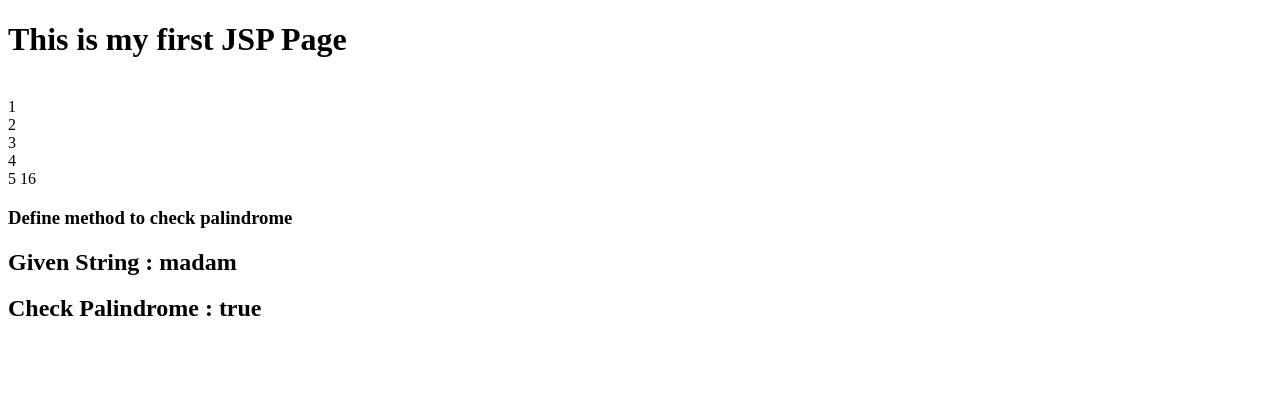
Repository: roshanpatil37407/Full_Stack_Java
Page: http://localhost/jsp/
These files come from the project's save history. The page is drawn as it stood at one moment and after the next save; the edit follows.
The browser window is 1280 px wide. The pictures show the whole page.
The page is served by Tomcat 9.

Above is the page before, as saved 2025-10-01 07:17:54.

### jsp/src/main/webapp/index.jsp
<%@ page language="java" contentType="text/html; charset=ISO-8859-1" pageEncoding="ISO-8859-1"%>
<!DOCTYPE html>
<html>
<head>
    <meta charset="ISO-8859-1">
    <title>My First JSP Page</title>
</head>
<body>

<h1>This is my first JSP Page</h1>

<%-- Scriptlet tag --%>
<%
    int i = 1;
    while (i <= 5) {
        out.print("<br>" + i);
        i++;
    }
%>

<%-- Declaration tag --%>
<%!
    int n = 5;
    public int sq(int n) {
        return n * n;
    }
%>

<%= sq(4) %>

<%
    String str = "madam";
%>

<h3>Define method to check palindrome</h3>

<%!
    public boolean isPalindrome(String str) {
        StringBuilder rev = new StringBuilder();
        for (int i = str.length() - 1; i >= 0; i--) {
            rev.append(str.charAt(i));
        }
        return str.equals(rev.toString());
    }
%>

<h2>Given String : <%= str %></h2>
<h2>Check Palindrome : <%= isPalindrome(str) %></h2>

</body>
</html>

After the next save:
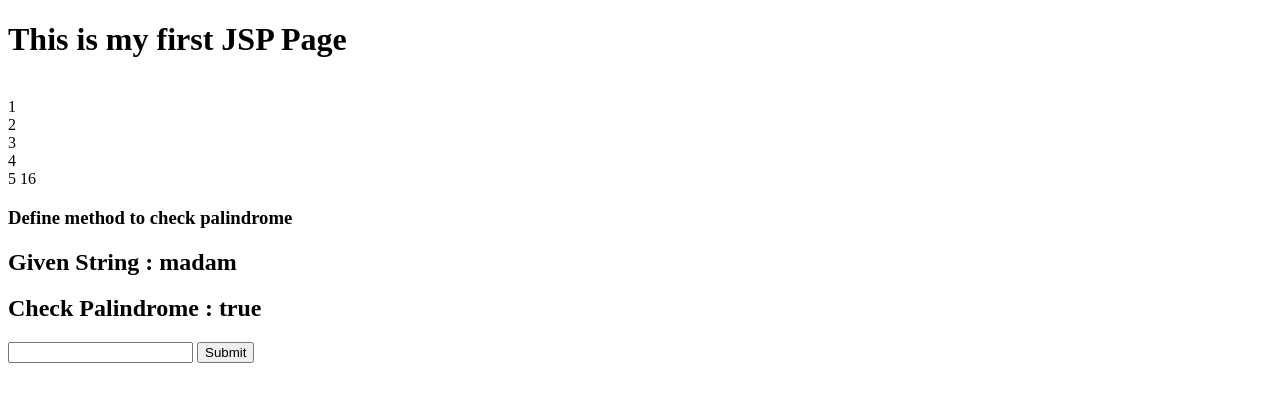
Saved 52 s later.
--- a/jsp/src/main/webapp/index.jsp
+++ b/jsp/src/main/webapp/index.jsp
@@ -47,5 +47,12 @@
 <h2>Given String : <%= str %></h2>
 <h2>Check Palindrome : <%= isPalindrome(str) %></h2>
 
+
+<form action="pal.jsp">
+<input type="text" name="num">
+<input type="submit" name="submit">
+</form>
+
+
 </body>
 </html>
